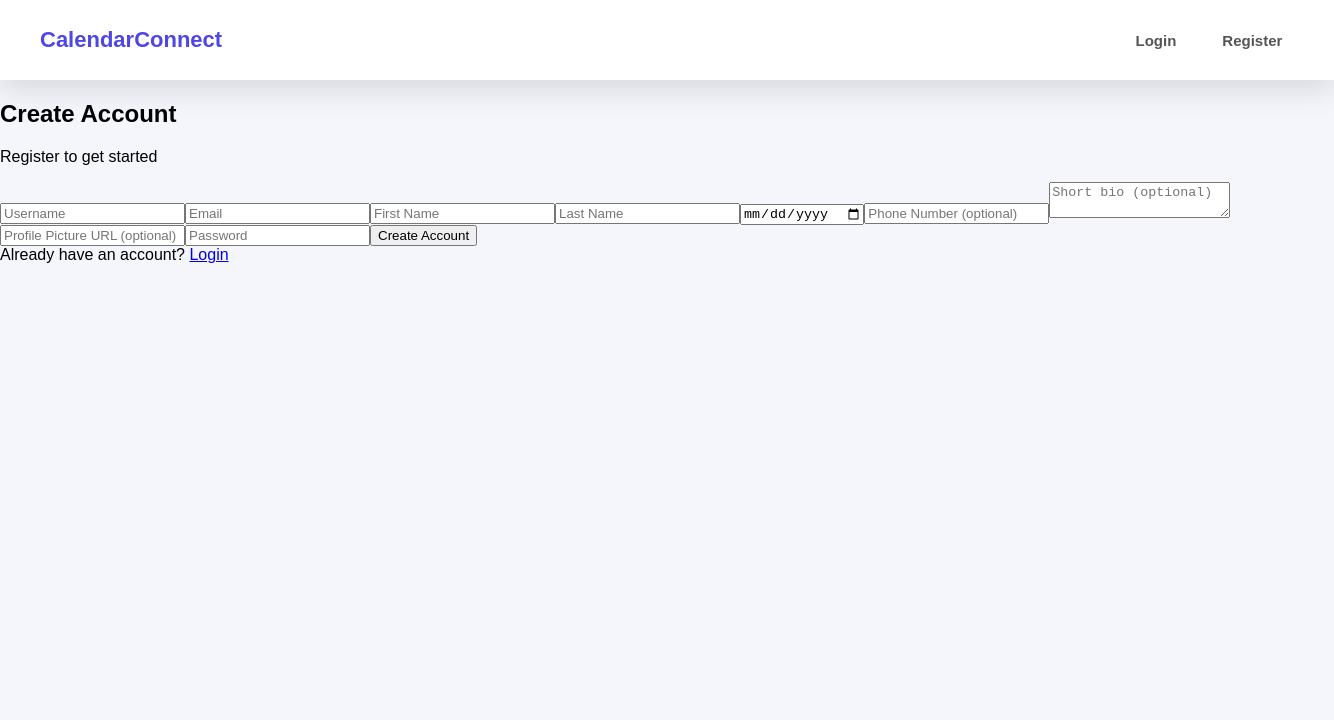
Repository: BMXracer44/CalendarConnect
Page: /register (app in frontend/)
The author's editor kept a copy of each file at every save. The page is drawn from the files as they stood at one save, then again after the next save.
The browser window is 1280 px wide. The page is 1334 px wide, so the pictures cover 1334 px, including what lies to the right of the window. The pictures show the whole page.
The project was rebuilt for these pictures with package versions that can differ from the ones it lists, and the page was loaded fresh each time. Also part of the build but not shown: frontend/src/pages/Login.jsx, frontend/src/pages/Profile.jsx, frontend/src/pages/Calendar.jsx, frontend/src/pages/Friends.jsx.

Above is the page before, as saved 2026-04-26 08:52:00.

### frontend/src/index.js
import React from "react";
import ReactDOM from "react-dom/client";
import App from "./App";
import { AuthProvider } from "./context/AuthContext";
import { router } from "./router";
import { RouterProvider } from "react-router-dom";
import "./index.css";

ReactDOM.createRoot(document.getElementById("root")).render(
  <AuthProvider>
    <RouterProvider router={router} />
  </AuthProvider>
);

### frontend/src/App.js
import { Outlet } from "react-router-dom";
import Navbar from "./components/Navbar";
import "./index.css";

function App() {
  return (
    <div>
      <Navbar />
      <Outlet />
    </div>
  );
}

export default App;

### frontend/src/context/AuthContext.js
import { createContext, useState } from "react";

export const AuthContext = createContext();

export const AuthProvider = ({ children }) => {

  const [user, setUser] = useState(() => {
    const storedUser = localStorage.getItem("user");
    return storedUser ? JSON.parse(storedUser) : null;
  });

  const login = (response) => {
    const userData = response.data;

    localStorage.setItem("user", JSON.stringify(userData));
    setUser(userData);
  };

  const logout = () => {
    localStorage.removeItem("user");
    setUser(null);
  };

  return (
    <AuthContext.Provider value={{ user, login, logout }}>
      {children}
    </AuthContext.Provider>
  );
};

### frontend/src/router.jsx
import { createBrowserRouter } from "react-router-dom";
import App from "./App";
import Login from "./pages/Login";
import Register from "./pages/Register";
import Home from "./pages/Home";
import Profile from "./pages/Profile";
import Calendar from "./pages/Calendar";
import Friends from "./pages/Friends";

export const router = createBrowserRouter([
  {
    path: "/",
    element: <App />,
    children: [
      { index: true, element: <Login /> },
      { path: "register", element: <Register /> },
      { path: "calendar", element: <Calendar /> },
      { path: "profile", element: <Profile /> },
      { path: "friends", element: <Friends /> }
    ]
  }
]);

### frontend/src/index.css
/* =========================
   GLOBAL
========================= */
body {
  margin: 0;
  font-family: Arial, sans-serif;
  background: #f4f6fb;
}

/* =========================
   NAVBAR
========================= */
.navbar {
  width: 98%;
  height: 80px;

  display: flex;
  justify-content: space-between;
  align-items: center;

  padding: 0 40px;

  background: rgba(255, 255, 255, 0.92);
  backdrop-filter: blur(12px);

  box-shadow: 0 10px 30px rgba(0, 0, 0, 0.12);

  position: sticky;
  top: 0;
  z-index: 1000;
}

.navbar-left {
  font-size: 22px;
  font-weight: 800;
  color: #4f46e5;
}

.navbar-right {
  display: flex;
  align-items: center;
  gap: 22px;
}

.nav-link {
  text-decoration: none;
  font-size: 15px;
  font-weight: 600;
  color: #555;

  padding: 10px 12px;
  border-radius: 10px;

  transition: 0.2s ease;
}

.nav-link:hover {
  background: rgba(102, 126, 234, 0.12);
  color: #4f46e5;
}

.nav-user {
  font-size: 14px;
  font-weight: 600;

  color: #333;
  padding: 8px 12px;

  border-radius: 10px;
  background: rgba(102, 126, 234, 0.08);
}

.nav-button {
  padding: 10px 16px;

  border-radius: 10px;
  border: none;

  background: linear-gradient(135deg, #667eea, #764ba2);
  color: white;

  font-size: 13px;
  font-weight: 600;

  cursor: pointer;
  transition: 0.2s ease;
}

.nav-button:hover {
  transform: translateY(-2px);
  box-shadow: 0 8px 18px rgba(102, 126, 234, 0.35);
}

/* =========================
   ADD EVENT BUTTON
========================= */
.add-event-button {
  padding: 12px 18px;

  border: none;
  border-radius: 12px;

  background: linear-gradient(135deg, #667eea, #764ba2);
  color: white;

  font-size: 14px;
  font-weight: 600;

  cursor: pointer;

  box-shadow: 0 6px 14px rgba(102, 126, 234, 0.25);

  transition: all 0.2s ease;
}

.add-event-button:hover {
  transform: translateY(-2px);
  box-shadow: 0 10px 20px rgba(102, 126, 234, 0.35);
}

.add-event-button:active {
  transform: translateY(0px);
}

/* =========================
   CALENDAR PAGE
========================= */
.calendar-page {
  min-height: calc(100vh - 80px);

  display: flex;
  justify-content: center;
  align-items: flex-start;

  padding: 40px 20px;

  background: linear-gradient(135deg, #667eea, #764ba2);
}

/* =========================
   FRIENDS PAGE
========================= */
.friends-container {
  min-height: calc(100vh - 80px);

  display: flex;
  justify-content: center;
  align-items: flex-start;

  padding: 40px 20px;

  background: linear-gradient(135deg, #667eea, #764ba2);
}

.friends-card {
  width: 100%;
  max-width: 600px;

  background: #fff;
  padding: 40px;

  border-radius: 18px;

  box-shadow: 0 20px 60px rgba(0, 0, 0, 0.25);
}

.friends-search {
  display: flex;
  gap: 10px;
  margin-bottom: 20px;
}

.friends-search input {
  flex: 1;

  padding: 12px 14px;

  border-radius: 12px;
  border: 1px solid #ddd;

  outline: none;
}

.friends-search button {
  padding: 12px 16px;

  border: none;
  border-radius: 12px;

  background: #667eea;
  color: white;

  font-weight: 600;
  cursor: pointer;
}

.friend-item {
  display: flex;
  justify-content: space-between;
  align-items: center;

  padding: 12px 14px;

  border-radius: 12px;

  background: #f4f6fb;
}

.friend-item button {
  padding: 8px 12px;

  border: none;
  border-radius: 10px;

  background: linear-gradient(135deg, #667eea, #764ba2);
  color: white;

  font-size: 12px;
  font-weight: 600;

  cursor: pointer;
}

/* =========================
   MODAL
========================= */
.modal-overlay {
  position: fixed;
  top: 0;
  left: 0;

  width: 100%;
  height: 100%;

  background: rgba(0, 0, 0, 0.55);

  display: flex;
  justify-content: center;
  align-items: center;

  z-index: 9999;
}

.modal-box {
  width: 420px;

  background: #fff;

  padding: 45px 40px;

  border-radius: 18px;

  box-shadow: 0 20px 60px rgba(0, 0, 0, 0.25);

  text-align: center;
}

.modal-box h2 {
  font-size: 26px;
  color: #333;
}

.modal-box input {
  width: 100%;

  padding: 14px 16px;
  margin-top: 14px;

  border: 1px solid #ddd;
  border-radius: 12px;

  outline: none;
}

.modal-box input:focus {
  border-color: #667eea;
  box-shadow: 0 0 10px rgba(102, 126, 234, 0.35);
}

.modal-box button {
  width: 100%;

  padding: 12px;

  margin-top: 14px;

  border: none;
  border-radius: 12px;

  font-size: 15px;
  font-weight: 600;

  cursor: pointer;
}

.modal-box button[type="submit"] {
  background: linear-gradient(135deg, #667eea, #764ba2);
  color: white;
}

.modal-box button[type="button"] {
  background: #e5e7eb;
  color: #333;
}

/* =========================
   MODAL HEADER ICONS
========================= */
.modal-header {
  display: flex;
  justify-content: space-between;
  align-items: center;

  margin-bottom: 15px;
}

.modal-actions {
  display: flex;
  gap: 10px;
}

.modal-icon {
  width: 38px;
  height: 38px;

  display: flex;
  justify-content: center;
  align-items: center;

  border-radius: 10px;

  background: #f4f6fb;
  border: 1px solid #e5e7eb;

  cursor: pointer;

  transition: 0.2s ease;
}

.modal-icon:hover {
  transform: translateY(-2px);
  box-shadow: 0 6px 12px rgba(0,0,0,0.12);
}

.modal-icon.edit:hover {
  background: #e0e7ff !important;
  border-color: #4f46e5 !important;
}

.modal-icon.delete:hover {
  background: #fee2e2;
  border-color: #ef4444;
}

/* =========================
   ADD EVENT BUTTON (PRIMARY ACTION)
   matches nav-button + modal submit buttons
========================= */

.addevent {
  padding: 12px 18px;

  border: none;
  border-radius: 12px;

  background: linear-gradient(135deg, #667eea, #764ba2);
  color: white;

  font-size: 14px;
  font-weight: 700;

  cursor: pointer;

  box-shadow: 0 8px 18px rgba(102, 126, 234, 0.30);

  transition: all 0.2s ease;

  /* makes it feel MORE important than other buttons */
  transform: scale(1.02);
}

/* hover = stronger emphasis */
.addevent:hover {
  transform: translateY(-2px) scale(1.03);

  box-shadow: 0 12px 24px rgba(102, 126, 234, 0.40);
}

/* active click */
.addevent:active {
  transform: scale(0.98);
  box-shadow: 0 6px 14px rgba(102, 126, 234, 0.25);
}

### frontend/src/components/Navbar.jsx
import { useContext } from "react";
import { AuthContext } from "../context/AuthContext";
import { Link, useNavigate } from "react-router-dom";

const Navbar = () => {
  const { user, logout } = useContext(AuthContext);
  const navigate = useNavigate();

  const handleLogout = () => {
    logout();
    navigate("/");
  };

  return (
    <nav className="navbar">
      <div className="navbar-left">
        CalendarConnect
      </div>

      <div className="navbar-right">
        {!user ? (
          <>
            <Link to="/" className="nav-link">Login</Link>
            <Link to="/register" className="nav-link">Register</Link>
          </>
        ) : (
          <>
            {/* USER PROFILE */}
            <Link to="/profile" className="nav-user">
              {user.username}
            </Link>

            {/* CALENDAR */}
            <Link to="/calendar" className="nav-link">
              Calendar
            </Link>

            {/* ⭐ FRIENDS PAGE ADDED HERE */}
            <Link to="/friends" className="nav-link">
              Friends
            </Link>

            {/* LOGOUT */}
            <button className="nav-button" onClick={handleLogout}>
              Logout
            </button>
          </>
        )}
      </div>
    </nav>
  );
};

export default Navbar;

### frontend/src/pages/Register.jsx
import React, { useState } from "react";
import { useNavigate } from "react-router-dom";

const Register = () => {
  const navigate = useNavigate();

  const [formData, setFormData] = useState({
    username: "",
    email: "",
    password: "",
    confirmPassword: "",
    first_name: "",
    last_name: "",
    birthdate: "",
    phone_number: "",
    bio: "",
    profile_picture_url: "",
    theme_preference: "light"
  });

  const [error, setError] = useState("");
  const [success, setSuccess] = useState("");

  const handleChange = (e) => {
    setFormData({
      ...formData,
      [e.target.name]: e.target.value
    });
  };

  const handleSubmit = async (e) => {
    e.preventDefault();

    if (formData.password !== formData.confirmPassword) {
      setError("Passwords do not match");
      setSuccess("");
      return;
    }

    try {
      const { confirmPassword, ...payload } = formData;

      const response = await fetch("http://localhost:8080/api/register", {
        method: "POST",
        headers: {
          "Content-Type": "application/json"
        },
        body: JSON.stringify(payload)
      });

      const data = await response.json();

      if (response.ok) {
        setSuccess("Account created successfully!");
        setError("");

        setTimeout(() => {
          navigate("/login");
        }, 1000);

        setFormData({
          username: "",
          email: "",
          password: "",
          confirmPassword: "",
          first_name: "",
          last_name: "",
          birthdate: "",
          phone_number: "",
          bio: "",
          profile_picture_url: "",
          theme_preference: "light"
        });

      } else {
        setError(data.message || "Registration failed");
        setSuccess("");
      }

    } catch (err) {
      setError("Server not reachable");
      setSuccess("");
    }
  };

  return (
    <div className="login-container">
      <div className="login-card register-card">

        <h2>Create Account</h2>
        <p>Register to get started</p>

        {error && <p className="error-text">{error}</p>}
        {success && <p className="success-text">{success}</p>}

        <form onSubmit={handleSubmit} className="register-form">

          <input
            type="text"
            name="username"
            placeholder="Username"
            value={formData.username}
            onChange={handleChange}
            required
          />

          <input
            type="email"
            name="email"
            placeholder="Email"
            value={formData.email}
            onChange={handleChange}
            required
          />

          <input
            type="text"
            name="first_name"
            placeholder="First Name"
            value={formData.first_name}
            onChange={handleChange}
            required
          />

          <input
            type="text"
            name="last_name"
            placeholder="Last Name"
            value={formData.last_name}
            onChange={handleChange}
            required
          />

          <input
            type="date"
            name="birthdate"
            value={formData.birthdate}
            onChange={handleChange}
            required
          />

          <input
            type="text"
            name="phone_number"
            placeholder="Phone Number (optional)"
            value={formData.phone_number}
            onChange={handleChange}
          />

          <textarea
            name="bio"
            placeholder="Short bio (optional)"
            value={formData.bio}
            onChange={handleChange}
          />

          <input
            type="url"
            name="profile_picture_url"
            placeholder="Profile Picture URL (optional)"
            value={formData.profile_picture_url}
            onChange={handleChange}
          />

          {/* Optional preview */}
          {formData.profile_picture_url && (
            <img
              src={formData.profile_picture_url}
              alt="Preview"
              style={{ width: "80px", height: "80px", borderRadius: "50%" }}
            />
          )}

          <input
            type="password"
            name="password"
            placeholder="Password"
            value={formData.password}
            onChange={handleChange}
            required
          />

          <button type="submit">Create Account</button>
        </form>

        <div className="bottom-text">
          Already have an account? <a href="/">Login</a>
        </div>

      </div>
    </div>
  );
};

export default Register;

Loaded but not shown: frontend/src/pages/Home.jsx (no stored copy; drawn as an empty file)

After the next save:
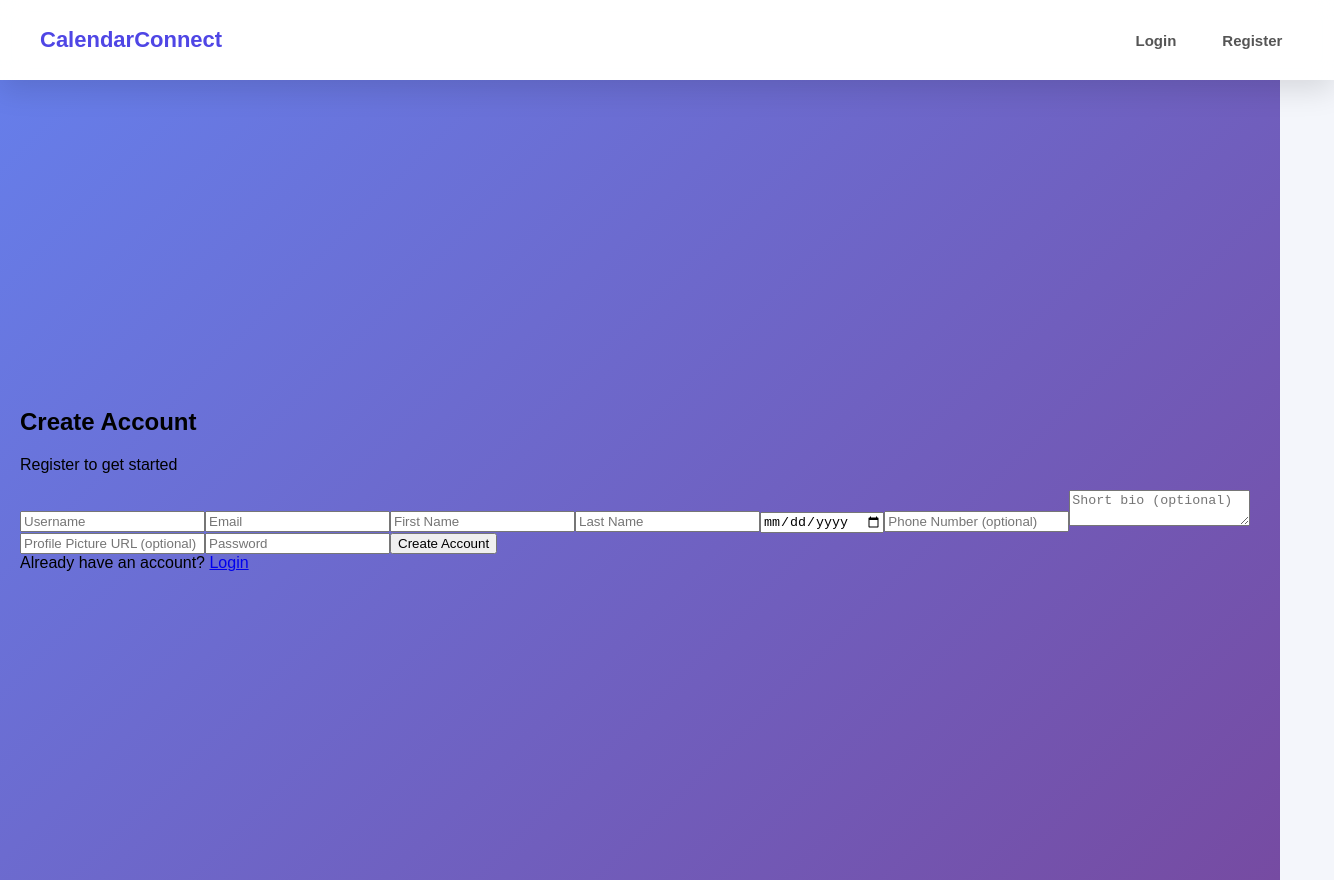
Saved 12 s later.
--- a/frontend/src/index.css
+++ b/frontend/src/index.css
@@ -391,3 +391,21 @@ body {
   transform: scale(0.98);
   box-shadow: 0 6px 14px rgba(102, 126, 234, 0.25);
 }
+
+/* =========================
+   SHARED AUTH BACKGROUND
+   (Login + Register + Profile)
+========================= */
+
+.login-container {
+  min-height: 100vh;
+
+  display: flex;
+  justify-content: center;
+  align-items: center;
+
+  padding: 40px 20px;
+
+  /* SAME BACKGROUND AS LOGIN */
+  background: linear-gradient(135deg, #667eea, #764ba2);
+}
